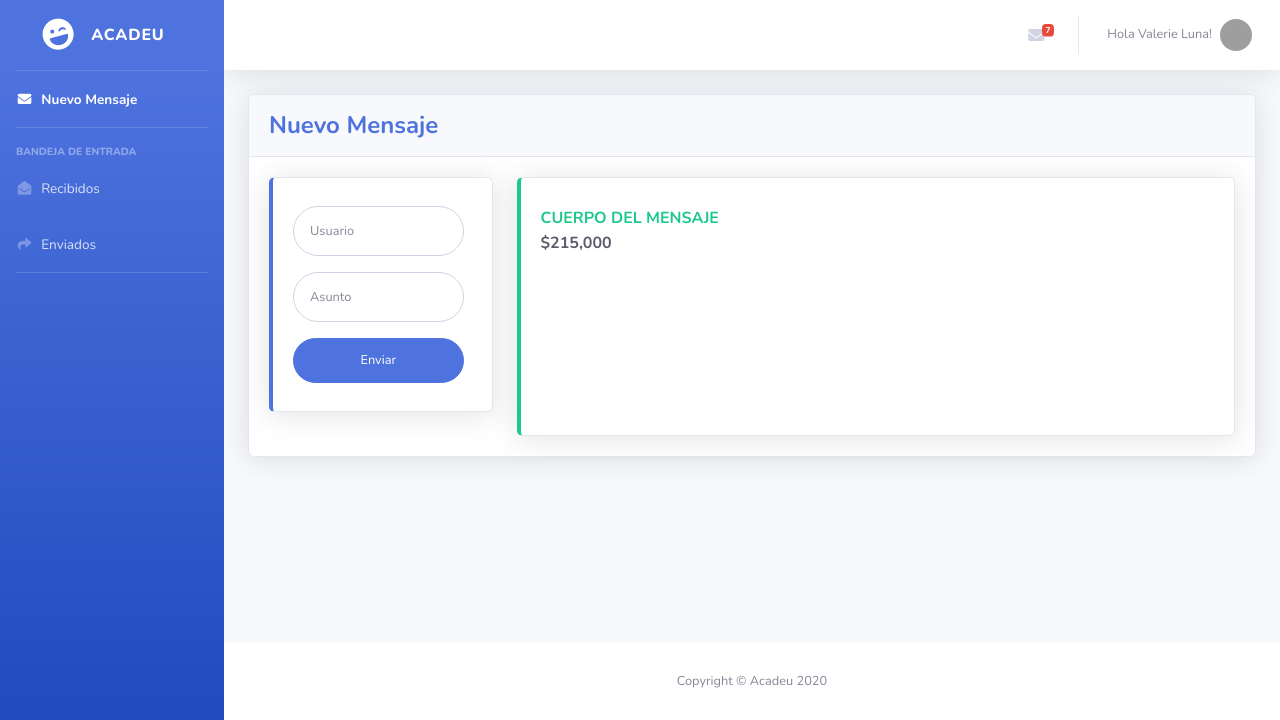
Repository: nicolask92/spring_java_test
Page: http://localhost/nuevo-mensaje
An editor plug-in stored every save of this project. The page is shown before and after the next save, followed by the edit.
The browser window is 1280 px wide. The pictures show the whole page.
Pictures or frames that could not be fetched are drawn as grey boxes. The page is this project's Thymeleaf template; nobody is signed in. Other server files are loaded and not shown. The template is opened directly, without the code that normally fills it, so the values that code supplies are empty.

Above is the page before, as saved 2020-06-13 21:49:35.

### spring-tutorial/src/main/resources/templates/nuevo-mensaje.html
<!DOCTYPE html>
<html xmlns:th="http://www.thymleaf.org">
<head>
<meta charset="utf-8" />
<meta http-equiv="X-UA-Compatible" content="IE=edge" />
<meta name="viewport"
	content="width=device-width, initial-scale=1, shrink-to-fit=no" />
<meta name="description" content="" />
<meta name="author" content="Nicolas Kloster" />

<title>Nuevo Mensaje</title>

<!-- Custom fonts for this template-->
<link th:href="@{/vendor/fontawesome-free/css/all.min.css}"
	rel="stylesheet" type="text/css" />
<link
	href="https://fonts.googleapis.com/css?family=Nunito:200,200i,300,300i,400,400i,600,600i,700,700i,800,800i,900,900i"
	rel="stylesheet" />

<!-- Custom styles for this template-->
<link th:href="@{/css/sb-admin-2.min.css}" rel="stylesheet" />

<!-- Custom styles for this page -->
<link th:href="@{/vendor/datatables/dataTables.bootstrap4.min.css}"
	rel="stylesheet">
</head>
<body id="page-top">

	<!-- Page Wrapper -->
	<div id="wrapper">

		<!-- Sidebar -->
		<ul
			class="navbar-nav bg-gradient-primary sidebar sidebar-dark accordion"
			id="accordionSidebar">

			<!-- Sidebar - Brand -->
			<a
				class="sidebar-brand d-flex align-items-center justify-content-center"
				href="index.html">
				<div class="sidebar-brand-icon rotate-n-15">
					<i class="fas fa-laugh-wink"></i>
				</div>
				<div class="sidebar-brand-text mx-3">Acadeu</div>
			</a>

			<!-- Divider -->
			<hr class="sidebar-divider my-0">

			<!-- Nuevo Mensaje-->
			<li class="nav-item active"><a class="nav-link" th:href="@{/nuevo_mensaje}">
					<i class="fas fa-fw fa-envelope"></i> <span>Nuevo Mensaje</span>
			</a></li>

			<!-- Divider -->
			<hr class="sidebar-divider">

			<!-- Titulo Mensajes Barra Lateral -->
			<div class="sidebar-heading">Bandeja de Entrada</div>

			<!-- Recibidos y Enviados -->
			<li class="nav-item"><a class="nav-link" th:href="@{/index}"> <i
					class="fas fa-fw fa-envelope-open"></i> <span>Recibidos</span>
			</a></li>


			<li class="nav-item"><a class="nav-link collapsed" th:href="@{/enviados}">
					<i class="fas fa-fw fa-share"></i> <span>Enviados</span>
			</a></li>

			<!-- Divider -->
			<hr class="sidebar-divider">


		</ul>
		<!-- End of Sidebar -->

		<!-- Content Wrapper -->
		<div id="content-wrapper" class="d-flex flex-column">

			<!-- Main Content -->
			<div id="content">

				<!-- Topbar -->
				<nav
					class="navbar navbar-expand navbar-light bg-white topbar mb-4 static-top shadow">

					<!-- Sidebar Toggle (Topbar) -->
					<button id="sidebarToggleTop"
						class="btn btn-link d-md-none rounded-circle mr-3">
						<i class="fa fa-bars"></i>
					</button>


					<!-- Topbar Navbar -->
					<ul class="navbar-nav ml-auto">


						<!-- Alertas Mensajes-->

						<li class="nav-item dropdown no-arrow mx-1"><a
							class="nav-link dropdown-toggle" href="#" id="messagesDropdown"
							role="button" data-toggle="dropdown" aria-haspopup="true"
							aria-expanded="false"> <i class="fas fa-envelope fa-fw"></i>
								<!-- Counter - Messages --> <span
								class="badge badge-danger badge-counter">7</span>
						</a> <!-- Dropdown - Messages -->
							<div
								class="dropdown-list dropdown-menu dropdown-menu-right shadow animated--grow-in"
								aria-labelledby="messagesDropdown">
								<h6 class="dropdown-header">Message Center</h6>
								<a class="dropdown-item d-flex align-items-center" href="#">
									<div class="dropdown-list-image mr-3">
										<img class="rounded-circle"
											src="https://source.unsplash.com/fn_BT9fwg_E/60x60" alt="">
										<div class="status-indicator bg-success"></div>
									</div>
									<div class="font-weight-bold">
										<div class="text-truncate">Hi there! I am wondering if
											you can help me with a problem I've been having.</div>
										<div class="small text-gray-500">Emily Fowler · 58m</div>
									</div>
								</a> <a class="dropdown-item d-flex align-items-center" href="#">
									<div class="dropdown-list-image mr-3">
										<img class="rounded-circle"
											src="https://source.unsplash.com/AU4VPcFN4LE/60x60" alt="">
										<div class="status-indicator"></div>
									</div>
									<div>
										<div class="text-truncate">I have the photos that you
											ordered last month, how would you like them sent to you?</div>
										<div class="small text-gray-500">Jae Chun · 1d</div>
									</div>
								</a> <a class="dropdown-item d-flex align-items-center" href="#">
									<div class="dropdown-list-image mr-3">
										<img class="rounded-circle"
											src="https://source.unsplash.com/CS2uCrpNzJY/60x60" alt="">
										<div class="status-indicator bg-warning"></div>
									</div>
									<div>
										<div class="text-truncate">Last month's report looks
											great, I am very happy with the progress so far, keep up the
											good work!</div>
										<div class="small text-gray-500">Morgan Alvarez · 2d</div>
									</div>
								</a> <a class="dropdown-item d-flex align-items-center" href="#">
									<div class="dropdown-list-image mr-3">
										<img class="rounded-circle"
											src="https://source.unsplash.com/Mv9hjnEUHR4/60x60" alt="">
										<div class="status-indicator bg-success"></div>
									</div>
									<div>
										<div class="text-truncate">Am I a good boy? The reason I
											ask is because someone told me that people say this to all
											dogs, even if they aren't good...</div>
										<div class="small text-gray-500">Chicken the Dog · 2w</div>
									</div>
								</a> <a class="dropdown-item text-center small text-gray-500"
									href="#">Read More Messages</a>
							</div></li>

						<div class="topbar-divider d-none d-sm-block"></div>

						<!-- Nav Item - Informacion de Usuario -->
						<li class="nav-item dropdown no-arrow"><a
							class="nav-link dropdown-toggle" href="#" id="userDropdown"
							role="button" data-toggle="dropdown" aria-haspopup="true"
							aria-expanded="false"> <span
								class="mr-2 d-none d-lg-inline text-gray-600 small">Hola
									Valerie Luna!</span> <img class="img-profile rounded-circle"
								src="https://source.unsplash.com/QAB-WJcbgJk/60x60">
						</a> <!-- Dropdown - Logout y Perfil -->
							<div
								class="dropdown-menu dropdown-menu-right shadow animated--grow-in"
								aria-labelledby="userDropdown">
								<a class="dropdown-item" href="#"> <i
									class="fas fa-user fa-sm fa-fw mr-2 text-gray-400"></i> Perfil
								</a>
								<div class="dropdown-divider"></div>
								<a class="dropdown-item" href="#" data-toggle="modal"
									data-target="#logoutModal"> <i
									class="fas fa-sign-out-alt fa-sm fa-fw mr-2 text-gray-400"></i>
									Cerrar Sesion
								</a>
							</div></li>

					</ul>

				</nav>
				<!-- Termina la barra superior -->

				<!-- Begin Page Content -->
				<div class="container-fluid">



					<!-- Mensajes -->
					<div class="card shadow mb-4">
						<div class="card-header py-3">
							<h6 class="m-0 h4 font-weight-bold text-primary">Nuevo Mensaje</h6>
						</div>

						<div class="card-body">
							<div class="row">
								<!-- Asunto y Usuario a Enviar -->
								<div class="col-xl-3 col-md-6 mb-4">
					              <div class="card border-left-primary shadow h-100 py-2">
					                <div class="card-body">
					                  <div class="row no-gutters align-items-center">
					                    <div class="col mr-2">
													<form class="user">
														<div class="form-group">
															<input required type="text"
																class="form-control form-control-user"
																id="exampleInputEmail" aria-describedby="emailHelp"
																placeholder="Usuario">
														</div>
														<div class="form-group">
															<input required type="text"
																class="form-control form-control-user"
																id="exampleInputPassword" placeholder="Asunto">
														</div>
														<a href="index.html"
														class="btn btn-primary btn-user btn-block"> Enviar </a>

												</div>
					                  </div>
					                </div>
					              </div>
					            </div>

					            <!-- Cuerpo del mensaje -->
					            <div class="col-xl-9 col-md-6 mb-8">
					              <div class="card border-left-success shadow h-100 py-2">
					                <div class="card-body">
					                  <div class="row no-gutters align-items-center">
					                    <div class="col mr-2">
					                      <div class="text-s font-weight-bold text-success text-uppercase mb-1">Cuerpo del Mensaje</div>
					                      <div class="h6 mb-0 font-weight-bold text-gray-800">$215,000</div>
										</div>
										</form>
					                  </div>
					                </div>
					              </div>
					            </div>
							</div>
						</div>
					</div>

				</div>
				<!-- /.container-fluid -->

			</div>
			<!-- End of Main Content -->

			<!-- Footer -->
			<footer class="sticky-footer bg-white">
				<div class="container my-auto">
					<div class="copyright text-center my-auto">
						<span>Copyright &copy; Acadeu 2020</span>
					</div>
				</div>
			</footer>
			<!-- End of Footer -->

		</div>
		<!-- End of Content Wrapper -->

	</div>
	<!-- End of Page Wrapper -->

	<!-- Scroll to Top Button-->
	<a class="scroll-to-top rounded" href="#page-top"> <i
		class="fas fa-angle-up"></i>
	</a>



	<!-- Bootstrap core JavaScript-->
	<script th:src="@{/vendor/jquery/jquery.min.js}"></script>
	<script th:src="@{/vendor/bootstrap/js/bootstrap.bundle.min.js}"></script>

	<!-- Core plugin JavaScript-->
	<script th:src="@{/vendor/jquery-easing/jquery.easing.min.js}"></script>

	<!-- Custom scripts for all pages-->
	<script th:src="@{/js/sb-admin-2.min.js}"></script>

	<!-- Page level plugins -->
	<script th:src="@{/vendor/datatables/jquery.dataTables.min.js}"></script>
	<script th:src="@{/vendor/datatables/dataTables.bootstrap4.min.js}"></script>

	<!-- Page level custom scripts -->
	<script th:src="@{/js/demo/datatables-demo.js}"></script>

	<script>

	</script>

</body>
</html>

### spring-tutorial/src/main/resources/static/js/demo/datatables-demo.js
// Call the dataTables jQuery plugin
$(document).ready(function() {
  $('#dataTable').DataTable({
		"language": {
		      "url": "//cdn.datatables.net/plug-ins/1.10.15/i18n/Spanish.json"
		    }
  });
});

Loaded but not shown: spring-tutorial/src/main/resources/static/css/sb-admin-2.min.css (library); spring-tutorial/src/main/resources/static/js/sb-admin-2.min.js (common file)

After the next save:
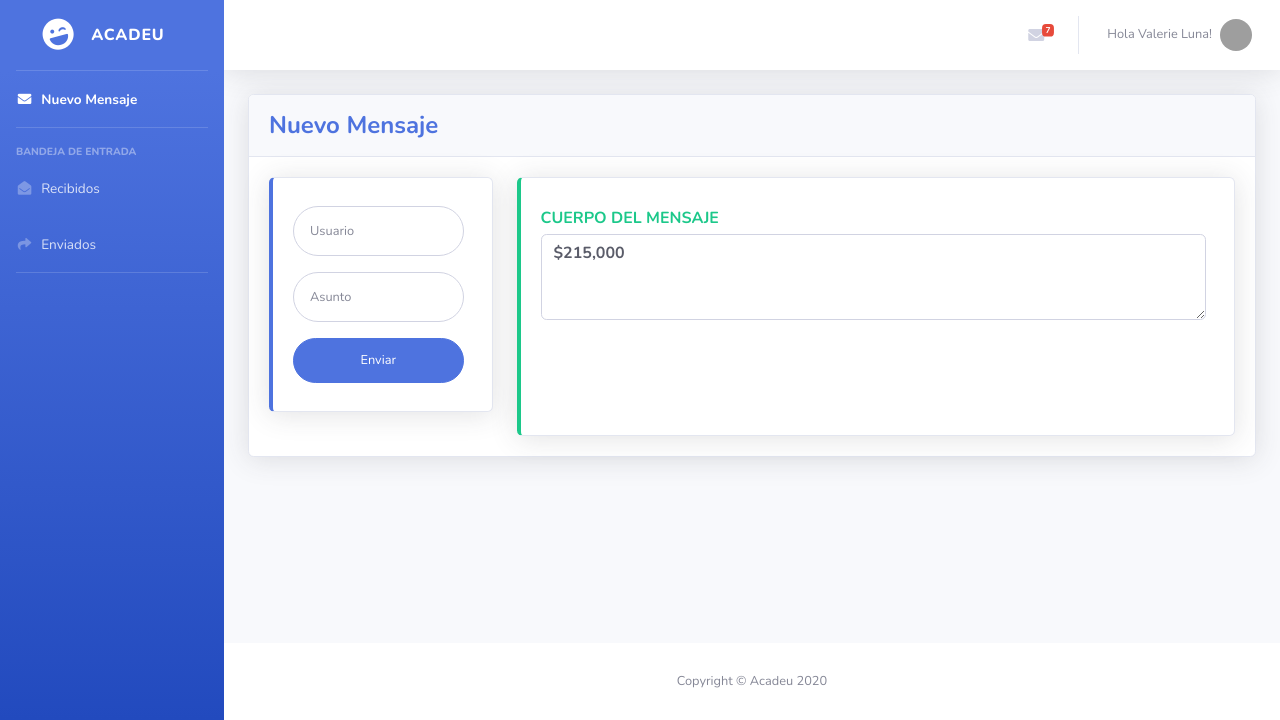
Saved 109 s later.
--- a/spring-tutorial/src/main/resources/templates/nuevo-mensaje.html
+++ b/spring-tutorial/src/main/resources/templates/nuevo-mensaje.html
@@ -236,7 +236,8 @@
 					                  <div class="row no-gutters align-items-center">
 					                    <div class="col mr-2">
 					                      <div class="text-s font-weight-bold text-success text-uppercase mb-1">Cuerpo del Mensaje</div>
-					                      <div class="h6 mb-0 font-weight-bold text-gray-800">$215,000</div>
+					                      <textarea class="form-control h6 mb-0 font-weight-bold text-gray-800" id="Textarea" rows="3">$215,000</textarea>
+					                      <div class=""></div>
 										</div>
 										</form>
 					                  </div>
